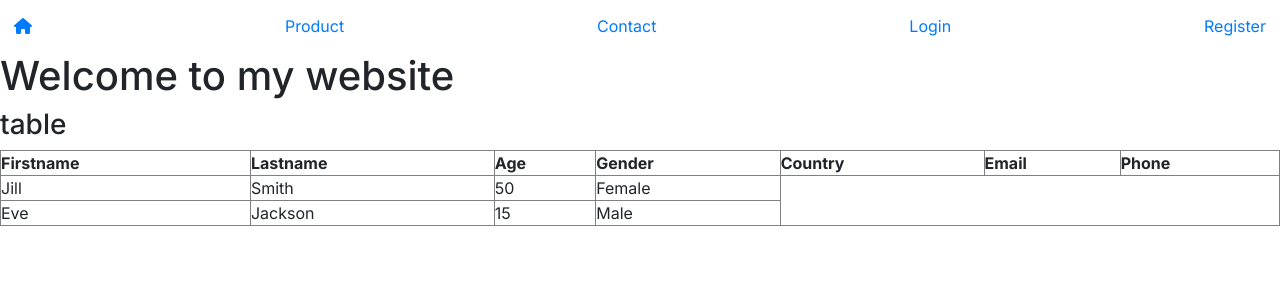
Repository: bao2222/hoc-lam-web
Page: About-me.html
The author's editor kept a copy of each file at every save. The page is drawn from the files as they stood at one save, then again after the next save.
The browser window is 1280 px wide. The pictures show the whole page.

Above is the page before, as saved 2025-01-23 20:26:20.

After the next save:
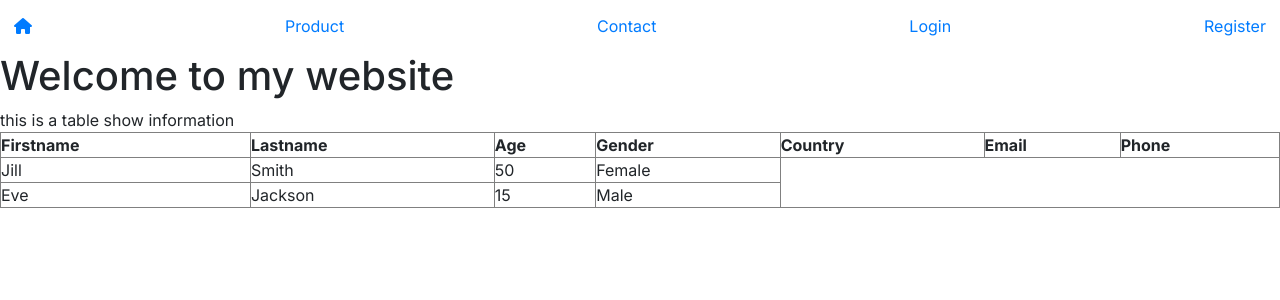
Saved 6 min 42 s later.
--- a/About-me.html
+++ b/About-me.html
@@ -42,7 +42,7 @@
 
 
             <h1>Welcome to my website</h1>
-            <h3>table</h3>
+            <caption>this is a table show information</caption>
             <table style="width:100%" border>
                 <tr>
                     <th>Firstname</th>
